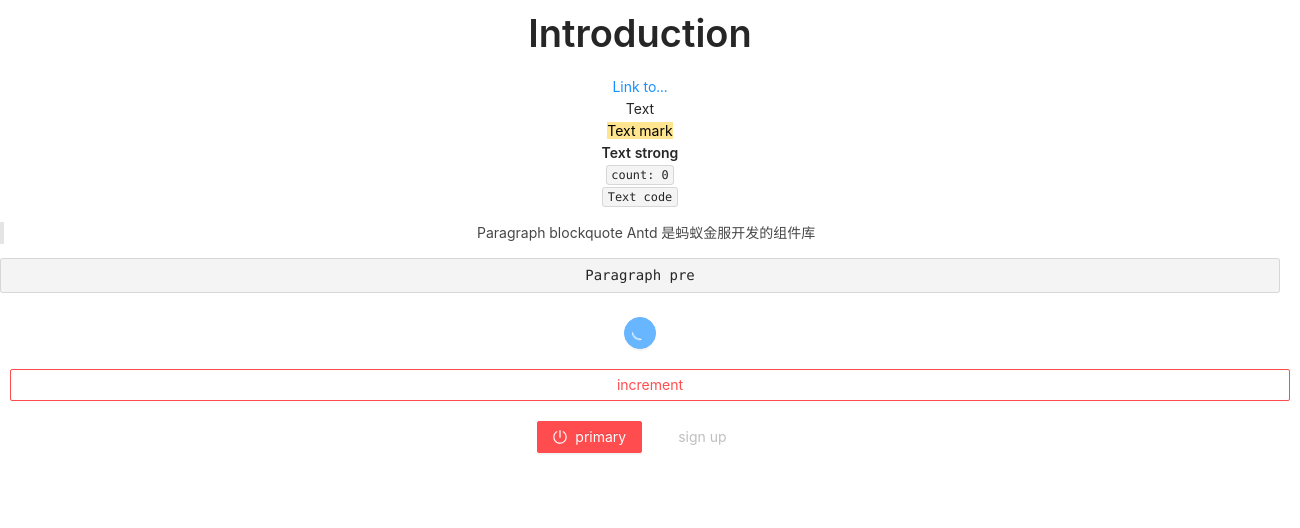
Repository: ErosHai/antd-demo
Page: /
These files come from the project's save history. The page is drawn as it stood at one moment and after the next save; the edit follows.
The browser window is 1280 px wide. The page is 1300 px wide, so the pictures cover 1300 px, including what lies to the right of the window. The pictures show the whole page.
The project was rebuilt for these pictures with package versions that can differ from the ones it lists, and the page was loaded fresh each time.

Above is the page before, as saved 2022-04-12 15:31:10.

### src/index.js
import React from 'react'
import { createRoot } from 'react-dom/client'
import './index.css'
import App from './App'
import reportWebVitals from './reportWebVitals'

const root = createRoot(document.getElementById('root'))
root.render(<App />)

// If you want to start measuring performance in your app, pass a function
// to log results (for example: reportWebVitals(console.log))
// or send to an analytics endpoint. Learn more: https://bit.ly/CRA-vitals
reportWebVitals()

### src/App.js
import './App.css'
import { Button, Tooltip, Typography } from 'antd'
import { BlockOutlined, SearchOutlined } from '@ant-design/icons'
import { useState } from 'react'
import { PoweroffOutlined } from '@ant-design/icons'

function App() {
	const [count, setCount] = useState(0)

	const { Title, Paragraph, Link, Text } = Typography

	const blockContent = `  Antd 是蚂蚁金服开发的组件库`

	return (
		<div className="App">
			<Title>Introduction</Title>
			<Link href="https://www.baidu.com">Link to...</Link>
			<Text>Text</Text>
			<Text mark>Text mark</Text>
			<Text strong>Text strong</Text>
			<Text code> {`count: ${count}`} </Text>
			<Text code>Text code</Text>
			<Paragraph>
				<blockquote>Paragraph blockquote{blockContent}</blockquote>
				<pre>Paragraph pre</pre>
			</Paragraph>

			<Tooltip title="search">
				<Button
					type="primary"
					shape="circle"
					loading="true"
					icon={<SearchOutlined />}
				></Button>
			</Tooltip>
			<Button
				type="default"
				onClick={() => {
					setCount(count + 1)
				}}
				block
				ghost
				danger
			>
				increment
			</Button>
			<Button type="primary" danger icon={<PoweroffOutlined />}>
				primary
			</Button>
			<Button type="text" disabled>
				sign up
			</Button>
		</div>
	)
}

export default App

### src/App.css
@import '~antd/dist/antd.css';

.App {
  text-align: center;
  /* background-color: #282c34; */
  padding:10px 0px;

}
.App .ant-typography{
  display:block;
}
.App button {
  margin:  10px;
}
.App-logo {
  height: 40vmin;
  pointer-events: none;
}

@media (prefers-reduced-motion: no-preference) {
  .App-logo {
    animation: App-logo-spin infinite 20s linear;
  }
}

.App-header {
  background-color: #282c34;
  min-height: 100vh;
  display: flex;
  flex-direction: column;
  align-items: center;
  justify-content: center;
  font-size: calc(10px + 2vmin);
  color: white;
}

.App-link {
  color: #61dafb;
}

@keyframes App-logo-spin {
  from {
    transform: rotate(0deg);
  }
  to {
    transform: rotate(360deg);
  }
}

Loaded but not shown: public/index.html (common file); src/index.css (common file); src/reportWebVitals.js (common file)

After the next save:
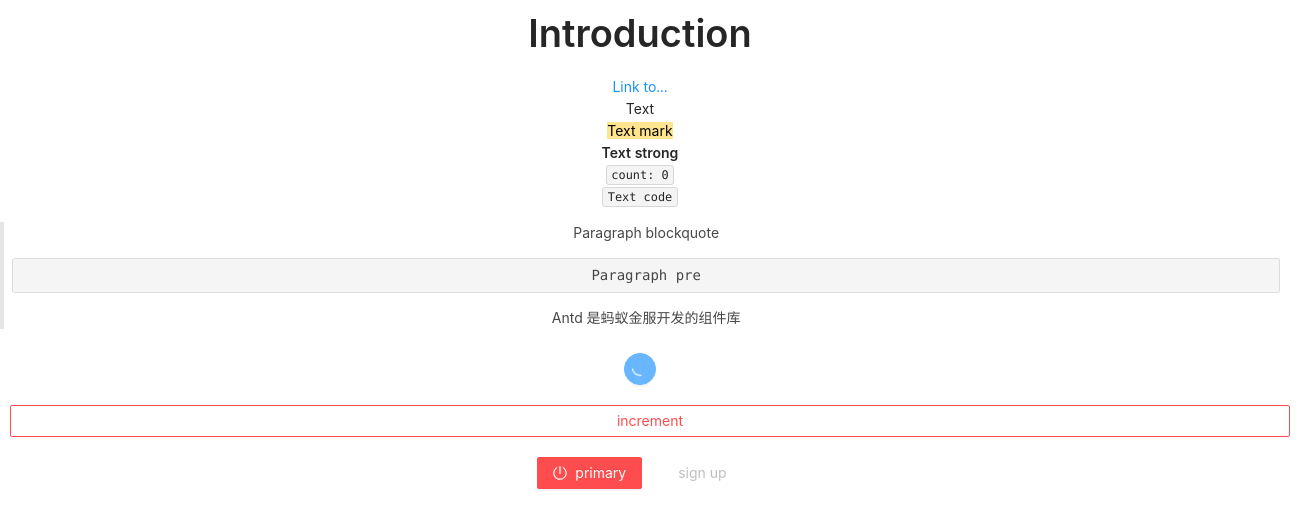
Saved 44 s later.
--- a/src/App.js
+++ b/src/App.js
@@ -21,8 +21,12 @@ function App() {
 			<Text code> {`count: ${count}`} </Text>
 			<Text code>Text code</Text>
 			<Paragraph>
-				<blockquote>Paragraph blockquote{blockContent}</blockquote>
-				<pre>Paragraph pre</pre>
+				<blockquote>
+					Paragraph blockquote
+					<Text strong></Text>
+					<pre>Paragraph pre</pre>
+					{blockContent}
+				</blockquote>
 			</Paragraph>
 
 			<Tooltip title="search">
